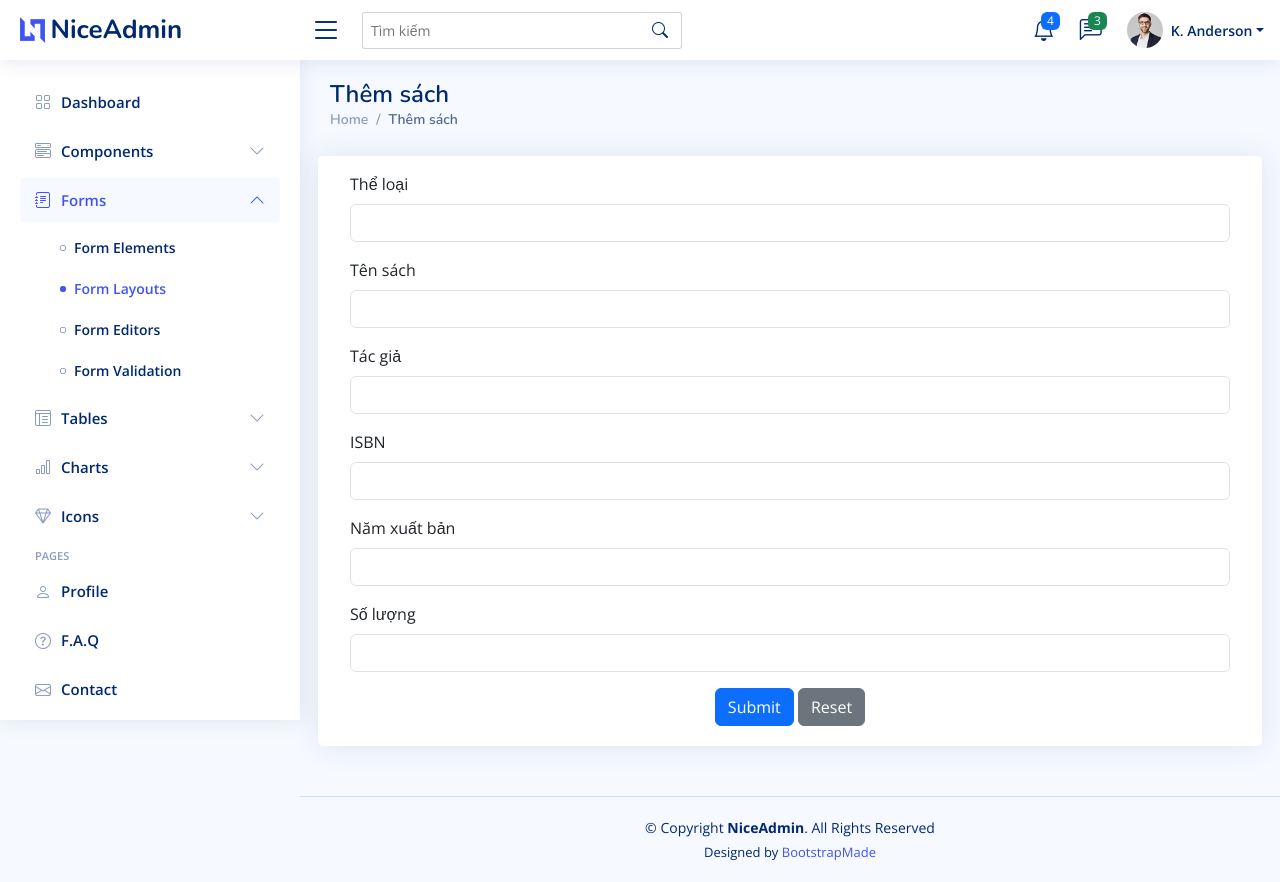
Repository: Hoainam7895123/library_manager
Page: http://localhost/library_manager/addBook.jsp
The author's editor kept a copy of each file at every save. The page is drawn from the files as they stood at one save, then again after the next save.
The browser window is 1280 px wide. The pictures show the whole page.
The page is served by Tomcat 9. Other server files are loaded and not shown.

Above is the page before, as saved 2024-06-17 02:15:50.

### library_manager/src/main/webapp/addBook.jsp
<%@page import="java.util.ArrayList"%>
<%@page import="model.Book"%>
<%@ page language="java" contentType="text/html; charset=UTF-8"
	pageEncoding="UTF-8"%>
<!DOCTYPE html>
<html lang="en">

<head>
<meta charset="utf-8">
<meta content="width=device-width, initial-scale=1.0" name="viewport">

<title>Dashboard - NiceAdmin Bootstrap Template</title>
<meta content="" name="description">
<meta content="" name="keywords">

<!-- Favicons -->
<link href="/img/favicon.png" rel="icon">
<link href="/img/apple-touch-icon.png" rel="apple-touch-icon">

<!-- Google Fonts -->
<link href="https://fonts.gstatic.com" rel="preconnect">
<link
	href="https://fonts.googleapis.com/css?family=Open+Sans:300,300i,400,400i,600,600i,700,700i|Nunito:300,300i,400,400i,600,600i,700,700i|Poppins:300,300i,400,400i,500,500i,600,600i,700,700i"
	rel="stylesheet">

<!-- Vendor CSS Files -->
<link href="css/bootstrap.min.css" rel="stylesheet">
<link href="css/bootstrap-icons/bootstrap-icons.css" rel="stylesheet">
<link href="css/boxicons.min.css" rel="stylesheet">
<link href="css/quill.snow.css" rel="stylesheet">
<link href="css/quill.bubble.css" rel="stylesheet">
<link href="css/remixicon.css" rel="stylesheet">
<link href="css/style.css" rel="stylesheet">

<!-- Template Main CSS File -->
<link href="css/stylex.css" rel="stylesheet">

<!-- =======================================================
  * Template Name: NiceAdmin
  * Template URL: https://bootstrapmade.com/nice-admin-bootstrap-admin-html-template/
  * Updated: Apr 20 2024 with Bootstrap v5.3.3
  * Author: BootstrapMade.com
  * License: https://bootstrapmade.com/license/
  ======================================================== -->
</head>

<body>

	<!-- ======= Header ======= -->
	<header id="header" class="header fixed-top d-flex align-items-center">

		<div class="d-flex align-items-center justify-content-between">
			<a href="index.html" class="logo d-flex align-items-center"> <img
				src="assets/img/logo.png" alt=""> <span
				class="d-none d-lg-block">NiceAdmin</span>
			</a> <i class="bi bi-list toggle-sidebar-btn"></i>
		</div>
		<!-- End Logo -->

		<div class="search-bar">
			<form class="search-form d-flex align-items-center" method="GET"
				action="${pageContext.request.contextPath}/search-book">
				<input type="text" name="searchTitle" placeholder="Tìm kiếm"
					title="Enter search keyword">
				<button type="submit" title="Search">
					<i class="bi bi-search"></i>
				</button>
			</form>
		</div>
		<!-- End Search Bar -->

		<nav class="header-nav ms-auto">
			<ul class="d-flex align-items-center">

				<li class="nav-item d-block d-lg-none"><a
					class="nav-link nav-icon search-bar-toggle " href="#"> <i
						class="bi bi-search"></i>
				</a></li>
				<!-- End Search Icon-->

				<li class="nav-item dropdown"><a class="nav-link nav-icon"
					href="#" data-bs-toggle="dropdown"> <i class="bi bi-bell"></i>
						<span class="badge bg-primary badge-number">4</span>
				</a> <!-- End Notification Icon -->

					<ul
						class="dropdown-menu dropdown-menu-end dropdown-menu-arrow notifications">
						<li class="dropdown-header">You have 4 new notifications <a
							href="#"><span class="badge rounded-pill bg-primary p-2 ms-2">View
									all</span></a>
						</li>
						<li>
							<hr class="dropdown-divider">
						</li>

						<li class="notification-item"><i
							class="bi bi-exclamation-circle text-warning"></i>
							<div>
								<h4>Lorem Ipsum</h4>
								<p>Quae dolorem earum veritatis oditseno</p>
								<p>30 min. ago</p>
							</div></li>

						<li>
							<hr class="dropdown-divider">
						</li>

						<li class="notification-item"><i
							class="bi bi-x-circle text-danger"></i>
							<div>
								<h4>Atque rerum nesciunt</h4>
								<p>Quae dolorem earum veritatis oditseno</p>
								<p>1 hr. ago</p>
							</div></li>

						<li>
							<hr class="dropdown-divider">
						</li>

						<li class="notification-item"><i
							class="bi bi-check-circle text-success"></i>
							<div>
								<h4>Sit rerum fuga</h4>
								<p>Quae dolorem earum veritatis oditseno</p>
								<p>2 hrs. ago</p>
							</div></li>

						<li>
							<hr class="dropdown-divider">
						</li>

						<li class="notification-item"><i
							class="bi bi-info-circle text-primary"></i>
							<div>
								<h4>Dicta reprehenderit</h4>
								<p>Quae dolorem earum veritatis oditseno</p>
								<p>4 hrs. ago</p>
							</div></li>

						<li>
							<hr class="dropdown-divider">
						</li>
						<li class="dropdown-footer"><a href="#">Show all
								notifications</a></li>

					</ul> <!-- End Notification Dropdown Items --></li>
				<!-- End Notification Nav -->

				<li class="nav-item dropdown"><a class="nav-link nav-icon"
					href="#" data-bs-toggle="dropdown"> <i
						class="bi bi-chat-left-text"></i> <span
						class="badge bg-success badge-number">3</span>
				</a> <!-- End Messages Icon -->

					<ul
						class="dropdown-menu dropdown-menu-end dropdown-menu-arrow messages">
						<li class="dropdown-header">You have 3 new messages <a
							href="#"><span class="badge rounded-pill bg-primary p-2 ms-2">View
									all</span></a>
						</li>
						<li>
							<hr class="dropdown-divider">
						</li>

						<li class="message-item"><a href="#"> <img
								src="assets/img/messages-1.jpg" alt="" class="rounded-circle">
								<div>
									<h4>Maria Hudson</h4>
									<p>Velit asperiores et ducimus soluta repudiandae labore
										officia est ut...</p>
									<p>4 hrs. ago</p>
								</div>
						</a></li>
						<li>
							<hr class="dropdown-divider">
						</li>

						<li class="message-item"><a href="#"> <img
								src="assets/img/messages-2.jpg" alt="" class="rounded-circle">
								<div>
									<h4>Anna Nelson</h4>
									<p>Velit asperiores et ducimus soluta repudiandae labore
										officia est ut...</p>
									<p>6 hrs. ago</p>
								</div>
						</a></li>
						<li>
							<hr class="dropdown-divider">
						</li>

						<li class="message-item"><a href="#"> <img
								src="assets/img/messages-3.jpg" alt="" class="rounded-circle">
								<div>
									<h4>David Muldon</h4>
									<p>Velit asperiores et ducimus soluta repudiandae labore
										officia est ut...</p>
									<p>8 hrs. ago</p>
								</div>
						</a></li>
						<li>
							<hr class="dropdown-divider">
						</li>

						<li class="dropdown-footer"><a href="#">Show all messages</a>
						</li>

					</ul> <!-- End Messages Dropdown Items --></li>
				<!-- End Messages Nav -->

				<li class="nav-item dropdown pe-3"><a
					class="nav-link nav-profile d-flex align-items-center pe-0"
					href="#" data-bs-toggle="dropdown"> <img
						src="assets/img/profile-img.jpg" alt="Profile"
						class="rounded-circle"> <span
						class="d-none d-md-block dropdown-toggle ps-2">K. Anderson</span>
				</a> <!-- End Profile Iamge Icon -->

					<ul
						class="dropdown-menu dropdown-menu-end dropdown-menu-arrow profile">
						<li class="dropdown-header">
							<h6>Kevin Anderson</h6> <span>Web Designer</span>
						</li>
						<li>
							<hr class="dropdown-divider">
						</li>

						<li><a class="dropdown-item d-flex align-items-center"
							href="users-profile.html"> <i class="bi bi-person"></i> <span>My
									Profile</span>
						</a></li>
						<li>
							<hr class="dropdown-divider">
						</li>

						<li><a class="dropdown-item d-flex align-items-center"
							href="users-profile.html"> <i class="bi bi-gear"></i> <span>Account
									Settings</span>
						</a></li>
						<li>
							<hr class="dropdown-divider">
						</li>

						<li><a class="dropdown-item d-flex align-items-center"
							href="pages-faq.html"> <i class="bi bi-question-circle"></i>
								<span>Need Help?</span>
						</a></li>
						<li>
							<hr class="dropdown-divider">
						</li>

						<li><a class="dropdown-item d-flex align-items-center"
							href="#"> <i class="bi bi-box-arrow-right"></i> <span>Sign
									Out</span>
						</a></li>

					</ul> <!-- End Profile Dropdown Items --></li>
				<!-- End Profile Nav -->

			</ul>
		</nav>
		<!-- End Icons Navigation -->

	</header>
	<!-- End Header -->

	<!-- ======= Sidebar ======= -->
  <aside id="sidebar" class="sidebar">

    <ul class="sidebar-nav" id="sidebar-nav">

      <li class="nav-item">
        <a class="nav-link collapsed" href="index.html">
          <i class="bi bi-grid"></i>
          <span>Dashboard</span>
        </a>
      </li><!-- End Dashboard Nav -->

      <li class="nav-item">
        <a class="nav-link collapsed" data-bs-target="#components-nav" data-bs-toggle="collapse" href="#">
          <i class="bi bi-menu-button-wide"></i><span>Components</span><i class="bi bi-chevron-down ms-auto"></i>
        </a>
        <ul id="components-nav" class="nav-content collapse " data-bs-parent="#sidebar-nav">
          <li>
            <a href="components-alerts.html">
              <i class="bi bi-circle"></i><span>Alerts</span>
            </a>
          </li>
          <li>
            <a href="components-accordion.html">
              <i class="bi bi-circle"></i><span>Accordion</span>
            </a>
          </li>
          <li>
            <a href="components-badges.html">
              <i class="bi bi-circle"></i><span>Badges</span>
            </a>
          </li>
          <li>
            <a href="components-breadcrumbs.html">
              <i class="bi bi-circle"></i><span>Breadcrumbs</span>
            </a>
          </li>
          <li>
            <a href="components-buttons.html">
              <i class="bi bi-circle"></i><span>Buttons</span>
            </a>
          </li>
          <li>
            <a href="components-cards.html">
              <i class="bi bi-circle"></i><span>Cards</span>
            </a>
          </li>
          <li>
            <a href="components-carousel.html">
              <i class="bi bi-circle"></i><span>Carousel</span>
            </a>
          </li>
          <li>
            <a href="components-list-group.html">
              <i class="bi bi-circle"></i><span>List group</span>
            </a>
          </li>
          <li>
            <a href="components-modal.html">
              <i class="bi bi-circle"></i><span>Modal</span>
            </a>
          </li>
          <li>
            <a href="components-tabs.html">
              <i class="bi bi-circle"></i><span>Tabs</span>
            </a>
          </li>
          <li>
            <a href="components-pagination.html">
              <i class="bi bi-circle"></i><span>Pagination</span>
            </a>
          </li>
          <li>
            <a href="components-progress.html">
              <i class="bi bi-circle"></i><span>Progress</span>
            </a>
          </li>
          <li>
            <a href="components-spinners.html">
              <i class="bi bi-circle"></i><span>Spinners</span>
            </a>
          </li>
          <li>
            <a href="components-tooltips.html">
              <i class="bi bi-circle"></i><span>Tooltips</span>
            </a>
          </li>
        </ul>
      </li><!-- End Components Nav -->

      <li class="nav-item">
        <a class="nav-link " data-bs-target="#forms-nav" data-bs-toggle="collapse" href="#">
          <i class="bi bi-journal-text"></i><span>Forms</span><i class="bi bi-chevron-down ms-auto"></i>
        </a>
        <ul id="forms-nav" class="nav-content collapse show" data-bs-parent="#sidebar-nav">
          <li>
            <a href="forms-elements.html">
              <i class="bi bi-circle"></i><span>Form Elements</span>
            </a>
          </li>
          <li>
            <a href="forms-layouts.html" class="active">
              <i class="bi bi-circle"></i><span>Form Layouts</span>
            </a>
          </li>
          <li>
            <a href="forms-editors.html">
              <i class="bi bi-circle"></i><span>Form Editors</span>
            </a>
          </li>
          <li>
            <a href="forms-validation.html">
              <i class="bi bi-circle"></i><span>Form Validation</span>
            </a>
          </li>
        </ul>
      </li><!-- End Forms Nav -->

      <li class="nav-item">
        <a class="nav-link collapsed" data-bs-target="#tables-nav" data-bs-toggle="collapse" href="#">
          <i class="bi bi-layout-text-window-reverse"></i><span>Tables</span><i class="bi bi-chevron-down ms-auto"></i>
        </a>
        <ul id="tables-nav" class="nav-content collapse " data-bs-parent="#sidebar-nav">
          <li>
            <a href="tables-general.html">
              <i class="bi bi-circle"></i><span>General Tables</span>
            </a>
          </li>
          <li>
            <a href="tables-data.html">
              <i class="bi bi-circle"></i><span>Data Tables</span>
            </a>
          </li>
        </ul>
      </li><!-- End Tables Nav -->

      <li class="nav-item">
        <a class="nav-link collapsed" data-bs-target="#charts-nav" data-bs-toggle="collapse" href="#">
          <i class="bi bi-bar-chart"></i><span>Charts</span><i class="bi bi-chevron-down ms-auto"></i>
        </a>
        <ul id="charts-nav" class="nav-content collapse " data-bs-parent="#sidebar-nav">
          <li>
            <a href="charts-chartjs.html">
              <i class="bi bi-circle"></i><span>Chart.js</span>
            </a>
          </li>
          <li>
            <a href="charts-apexcharts.html">
              <i class="bi bi-circle"></i><span>ApexCharts</span>
            </a>
          </li>
          <li>
            <a href="charts-echarts.html">
              <i class="bi bi-circle"></i><span>ECharts</span>
            </a>
          </li>
        </ul>
      </li><!-- End Charts Nav -->

      <li class="nav-item">
        <a class="nav-link collapsed" data-bs-target="#icons-nav" data-bs-toggle="collapse" href="#">
          <i class="bi bi-gem"></i><span>Icons</span><i class="bi bi-chevron-down ms-auto"></i>
        </a>
        <ul id="icons-nav" class="nav-content collapse " data-bs-parent="#sidebar-nav">
          <li>
            <a href="icons-bootstrap.html">
              <i class="bi bi-circle"></i><span>Bootstrap Icons</span>
            </a>
          </li>
          <li>
            <a href="icons-remix.html">
              <i class="bi bi-circle"></i><span>Remix Icons</span>
            </a>
          </li>
          <li>
            <a href="icons-boxicons.html">
              <i class="bi bi-circle"></i><span>Boxicons</span>
            </a>
          </li>
        </ul>
      </li><!-- End Icons Nav -->

      <li class="nav-heading">Pages</li>

      <li class="nav-item">
        <a class="nav-link collapsed" href="users-profile.html">
          <i class="bi bi-person"></i>
          <span>Profile</span>
        </a>
      </li><!-- End Profile Page Nav -->

      <li class="nav-item">
        <a class="nav-link collapsed" href="pages-faq.html">
          <i class="bi bi-question-circle"></i>
          <span>F.A.Q</span>
        </a>
      </li><!-- End F.A.Q Page Nav -->

      <li class="nav-item">
        <a class="nav-link collapsed" href="pages-contact.html">
          <i class="bi bi-envelope"></i>
          <span>Contact</span>
        </a>
      </li><!-- End Contact Page Nav -->

      <li class="nav-item">
        <a class="nav-link collapsed" href="pages-register.html">
          <i class="bi bi-card-list"></i>
          <span>Register</span>
        </a>
      </li><!-- End Register Page Nav -->

      <li class="nav-item">
        <a class="nav-link collapsed" href="pages-login.html">
          <i class="bi bi-box-arrow-in-right"></i>
          <span>Login</span>
        </a>
      </li><!-- End Login Page Nav -->

      <li class="nav-item">
        <a class="nav-link collapsed" href="pages-error-404.html">
          <i class="bi bi-dash-circle"></i>
          <span>Error 404</span>
        </a>
      </li><!-- End Error 404 Page Nav -->

      <li class="nav-item">
        <a class="nav-link collapsed" href="pages-blank.html">
          <i class="bi bi-file-earmark"></i>
          <span>Blank</span>
        </a>
      </li><!-- End Blank Page Nav -->

    </ul>

  </aside><!-- End Sidebar-->

	<main id="main" class="main">

		<div class="pagetitle">
			<div class="row">
				<div class="col-10">
					<h1>Thêm sách</h1>
					<nav>
						<ol class="breadcrumb">
							<li class="breadcrumb-item"><a href="index.html">Home</a></li>
							<li class="breadcrumb-item active">Thêm sách</li>
						</ol>
					</nav>
				</div>
				<div class="col-2"></div>
			</div>
		</div>
		<!-- End Page Title -->

		<section class="section dashboard">
			<div class="row">
				<%
            		String message = request.getParameter("message");
            		if ("addSuccess".equals(message)) {
        		%>
        		<script type="text/javascript">
            		alert('Thêm sách thành công!');
        		</script>
        		<%
            		}
        		%>
				<!-- Vertical Form -->
				<div class="card">
					<div class="card-body">
						<!-- Vertical Form -->
						<form class="row g-3"
							action="${pageContext.request.contextPath}/add-book"
							method="post">
							<div class="col-12 pt-3">
								<label for="input_category" class="form-label">Thể loại</label>
								<input type="text" class="form-control" id="input_category" name="category">
							</div>
							<div class="col-12">
								<label for="input_title" class="form-label">Tên sách</label> <input
									type="text" class="form-control" id="input_title" name="title">
							</div>
							<div class="col-12">
								<label for="input_author" class="form-label">Tác giả</label> <input
									type="text" class="form-control" id="input_author"
									name="author">
							</div>
							<div class="col-12">
								<label for="input_isbn" class="form-label">ISBN</label> <input
									type="text" class="form-control" id="input_isbn" name="isbn">
							</div>
							<div class="col-12">
								<label for="input_published_year" class="form-label">Năm
									xuất bản</label> <input type="text" class="form-control"
									id="input_published_year" name="published_year">
							</div>
							<div class="col-12">
								<label for="input_number_of_copies" class="form-label">Số
									lượng</label> <input type="text" class="form-control"
									id="input_number_of_copies" name="number_of_copies">
							</div>
							<div class="text-center">
								<button type="submit" class="btn btn-primary">Submit</button>
								<button type="reset" class="btn btn-secondary">Reset</button>
							</div>
						</form>

						<!-- Vertical Form -->

					</div>
				</div>
			</div>
		</section>

	</main>
	<!-- End #main -->

	<!-- ======= Footer ======= -->
	<footer id="footer" class="footer">
		<div class="copyright">
			&copy; Copyright <strong><span>NiceAdmin</span></strong>. All Rights
			Reserved
		</div>
		<div class="credits">
			<!-- All the links in the footer should remain intact. -->
			<!-- You can delete the links only if you purchased the pro version. -->
			<!-- Licensing information: https://bootstrapmade.com/license/ -->
			<!-- Purchase the pro version with working PHP/AJAX contact form: https://bootstrapmade.com/nice-admin-bootstrap-admin-html-template/ -->
			Designed by <a href="https://bootstrapmade.com/">BootstrapMade</a>
		</div>
	</footer>
	<!-- End Footer -->

	<a href="#" class="back-to-top d-flex align-items-center justify-content-center">
		<i class="bi bi-arrow-up-short"></i>
	</a>

	<!-- Vendor JS Files -->
	<script src="${pageContext.request.contextPath}/js/apexcharts.min.js"></script>
	<script
		src="${pageContext.request.contextPath}/js/bootstrap.bundle.min.js"></script>
	<script src="/js/echarts.min.js"></script>
	<script src="/js/tinymce.min.js"></script>
	<script src="/js/validate.js"></script>
	<!-- Template Main JS File -->
	<script src="/js/main.js"></script>

</body>

</html>

Loaded but not shown: library_manager/src/main/webapp/css/bootstrap.min.css (library); library_manager/src/main/webapp/css/bootstrap-icons/bootstrap-icons.css (library); library_manager/src/main/webapp/css/boxicons.min.css (library); library_manager/src/main/webapp/css/quill.snow.css (library); library_manager/src/main/webapp/css/quill.bubble.css (library); library_manager/src/main/webapp/js/apexcharts.min.js (library); library_manager/src/main/webapp/js/bootstrap.bundle.min.js (library); library_manager/src/main/webapp/js/echarts.min.js (library); library_manager/src/main/webapp/js/tinymce.min.js (library); library_manager/src/main/webapp/js/main.js (319 lines, source omitted); library_manager/src/main/webapp/js/validate.js (85 lines, source omitted); library_manager/src/main/webapp/css/remixicon.css (2895 lines, source omitted); library_manager/src/main/webapp/css/stylex.css (1233 lines, source omitted); library_manager/src/main/webapp/css/style.css (233 lines, source omitted)

After the next save:
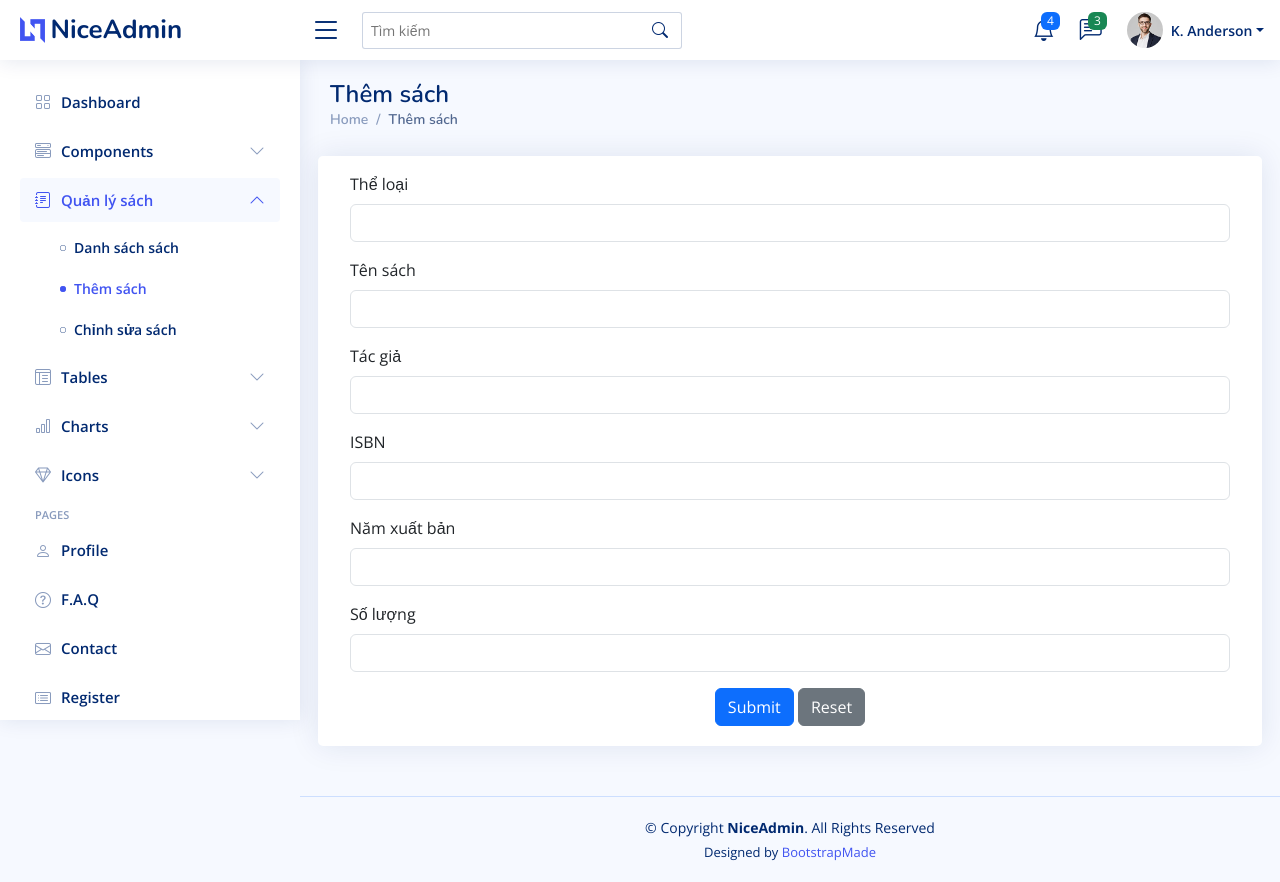
Saved 62 s later.
--- a/library_manager/src/main/webapp/addBook.jsp
+++ b/library_manager/src/main/webapp/addBook.jsp
@@ -355,27 +355,22 @@
 
       <li class="nav-item">
         <a class="nav-link " data-bs-target="#forms-nav" data-bs-toggle="collapse" href="#">
-          <i class="bi bi-journal-text"></i><span>Forms</span><i class="bi bi-chevron-down ms-auto"></i>
+          <i class="bi bi-journal-text"></i><span>Quản lý sách</span><i class="bi bi-chevron-down ms-auto"></i>
         </a>
         <ul id="forms-nav" class="nav-content collapse show" data-bs-parent="#sidebar-nav">
           <li>
             <a href="forms-elements.html">
-              <i class="bi bi-circle"></i><span>Form Elements</span>
+              <i class="bi bi-circle"></i><span>Danh sách sách</span>
             </a>
           </li>
           <li>
             <a href="forms-layouts.html" class="active">
-              <i class="bi bi-circle"></i><span>Form Layouts</span>
+              <i class="bi bi-circle"></i><span>Thêm sách</span>
             </a>
           </li>
           <li>
             <a href="forms-editors.html">
-              <i class="bi bi-circle"></i><span>Form Editors</span>
-            </a>
-          </li>
-          <li>
-            <a href="forms-validation.html">
-              <i class="bi bi-circle"></i><span>Form Validation</span>
+              <i class="bi bi-circle"></i><span>Chỉnh sửa sách</span>
             </a>
           </li>
         </ul>
